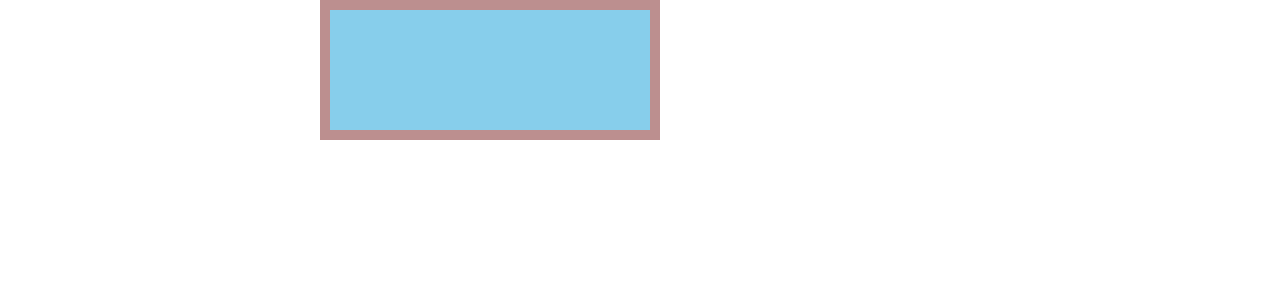
Repository: clairedupuich/kong_jian
Page: sllider_simple/index.html
An editor plug-in stored every save of this project. The page is shown before and after the next save, followed by the edit.
The browser window is 1280 px wide. The pictures show the whole page.

Above is the page before, as saved 2020-11-21 22:32:57.
Console error (its wording comes from the project's code and is left out).

After the next save:
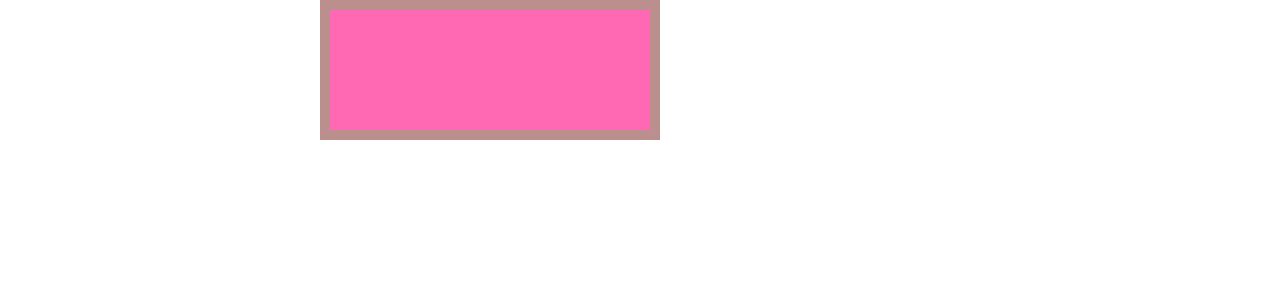
The error is gone.
Saved 6 s later.
--- a/sllider_simple/main.js
+++ b/sllider_simple/main.js
@@ -3,4 +3,3 @@ var img_list = document.getElementById('img_list');
 setInterval(function(){
 img_list.appendChild(img_list.firstChild);
 },500)
-</script>
